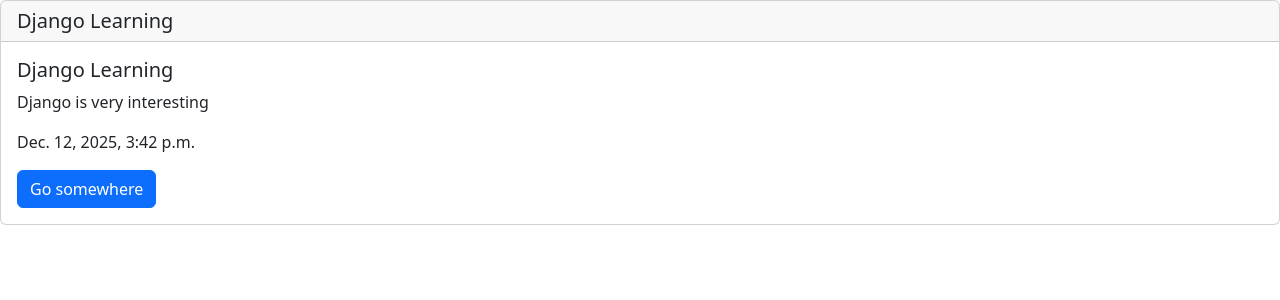
Repository: Mbote-Joseph/Django-Recap
Page: http://localhost/notes/1
These files come from the project's save history. The page is drawn as it stood at one moment and after the next save; the edit follows.
The browser window is 1280 px wide. The pictures show the whole page.
The page is served by the project's application, run on Django 5.2 (manage.py). Other server files are loaded and not shown. The page reads the database file committed with the project.

Above is the page before, as saved 2025-12-13 14:48:40.

### smartnotes/notes/templates/notes/note_detail.html
{% extends "base.html" %}

{% block content %}
         <div class="card">
                <h5 class="card-header">{{note.title}} </h5>
                <div class="card-body">
                    <h5 class="card-title">{{note.title}} </h5>
                    <p class="card-text">{{note.text}} </p>
                    <p class="card-text">{{note.created}} </p>
                    <a href="/notes/{{note.pk}}" class="btn btn-primary">Go somewhere</a>
                </div>
            </div>
{% endblock %}

### smartnotes/static/templates/base.html
{% load static %}

<!doctype html>
<html lang="en">
  <head>
    <meta charset="utf-8">
    <meta name="viewport" content="width=device-width, initial-scale=1">
    <title> Django Home </title>
    <link href="https://cdn.jsdelivr.net/npm/bootstrap@5.3.8/dist/css/bootstrap.min.css" rel="stylesheet" integrity="sha384-sRIl4kxILFvY47J16cr9ZwB07vP4J8+LH7qKQnuqkuIAvNWLzeN8tE5YBujZqJLB" crossorigin="anonymous">
  </head>
  <body>
    {% block content %}

      {% endblock %}
    <script src="https://cdn.jsdelivr.net/npm/bootstrap@5.3.8/dist/js/bootstrap.bundle.min.js" integrity="sha384-FKyoEForCGlyvwx9Hj09JcYn3nv7wiPVlz7YYwJrWVcXK/BmnVDxM+D2scQbITxI" crossorigin="anonymous"></script>
  </body>
</html>

### smartnotes/notes/models.py
from django.db import models

# Create your models here.
class Notes(models.Model):
    title = models.CharField(max_length=200)
    text = models.TextField()
    created = models.DateTimeField(auto_now_add=True)
    likes = models.PositiveSmallIntegerField(default=0)

### smartnotes/notes/views.py
from django.shortcuts import render
from django.db import models
from django.template.context_processors import request
from django.http import Http404
from django.apps import apps
from django.views.generic import ListView, DetailView

from .models import Notes
# Create your views here.

class NotesListView(ListView):
    model = Notes
    context_object_name = "notes"
    template_name = 'notes/notes_list.html'

class PopularNotesListView(ListView):
    model = Notes
    context_object_name = "notes"
    template_name = 'notes/notes_list.html'
    queryset = Notes.objects.filter(likes__gt = 3)

class NotesDetailView(DetailView):
    model = Notes
    context_object_name = "note"
    template_name = 'notes/note_detail.html'

# def list(request):
#     all_notes = Notes.objects.all()
#     return render(request, 'notes/notes_list.html', {'notes': all_notes})

# def note_details(request, pk):
#     try:
#         note_detail = Notes.objects.get(pk=pk)
#     except Notes.DoesNotExist:
#         raise Http404("Note Doesn't exist")
#     return render(request, 'notes/note_detail.html', {'note_detail': note_detail})

### smartnotes/smartnotes/urls.py
"""
URL configuration for smartnotes project.

The `urlpatterns` list routes URLs to views. For more information please see:
    https://docs.djangoproject.com/en/6.0/topics/http/urls/
Examples:
Function views
    1. Add an import:  from my_app import views
    2. Add a URL to urlpatterns:  path('', views.home, name='home')
Class-based views
    1. Add an import:  from other_app.views import Home
    2. Add a URL to urlpatterns:  path('', Home.as_view(), name='home')
Including another URLconf
    1. Import the include() function: from django.urls import include, path
    2. Add a URL to urlpatterns:  path('blog/', include('blog.urls'))
"""
from django.contrib import admin
from django.urls import path, include


urlpatterns = [
    path('admin/', admin.site.urls),
    path('', include("home.urls")),
    path('books', include("books.urls")),
    path('notes', include("notes.urls"))
]

### smartnotes/home/urls.py
# Copyright 2025 josephmbote
#
# Licensed under the Apache License, Version 2.0 (the "License");
# you may not use this file except in compliance with the License.
# You may obtain a copy of the License at
#
#     https://www.apache.org/licenses/LICENSE-2.0
#
# Unless required by applicable law or agreed to in writing, software
# distributed under the License is distributed on an "AS IS" BASIS,
# WITHOUT WARRANTIES OR CONDITIONS OF ANY KIND, either express or implied.
# See the License for the specific language governing permissions and
# limitations under the License.

from django.urls import path
from . import views

urlpatterns = [
    path('home', views.HomeView.as_view()),
    path('', views.WelcomeView.as_view())
]

### smartnotes/books/urls.py
from django.urls import path
from . import views

urlpatterns = [
    path('',views.BooksListView.as_view()),
    path('/<int:pk>',views.BookDetailsView.as_view()),
    # path('/bookform', views.BookCreateView.as_view())
]

### smartnotes/notes/urls.py
from notes.views import PopularNotesListView
# Copyright 2025 josephmbote
#
# Licensed under the Apache License, Version 2.0 (the "License");
# you may not use this file except in compliance with the License.
# You may obtain a copy of the License at
#
#     https://www.apache.org/licenses/LICENSE-2.0
#
# Unless required by applicable law or agreed to in writing, software
# distributed under the License is distributed on an "AS IS" BASIS,
# WITHOUT WARRANTIES OR CONDITIONS OF ANY KIND, either express or implied.
# See the License for the specific language governing permissions and
# limitations under the License.

from django.urls import path
from . import views

urlpatterns = [
    path('', views.NotesListView.as_view()),
    path('/<int:pk>', views.NotesDetailView.as_view()),
    path('/popular', views.PopularNotesListView.as_view())
]

### smartnotes/db.sqlite3 (the tables this page reads, as SQL)
CREATE TABLE "notes_notes" ("id" integer NOT NULL PRIMARY KEY AUTOINCREMENT, "title" varchar(200) NOT NULL, "text" text NOT NULL, "created" datetime NOT NULL, "likes" smallint unsigned NOT NULL CHECK ("likes" >= 0), "user_id" integer NOT NULL REFERENCES "auth_user" ("id") DEFERRABLE INITIALLY DEFERRED, "is_public" bool NOT NULL);
INSERT INTO "notes_notes" VALUES
(1, 'Django Learning', 'Django is very interesting', '2025-12-12 15:42:57.632563', 0, 1, 0),
(2, 'Backend Learning', 'This course will help me to develop Systems Backends', '2025-12-12 15:49:53.115529', 8, 1, 0),
(3, 'Class Based Views', 'The Class Based Views  with Many Likes', '2025-12-12 20:44:22.586927', 6, 1, 0),
(5, 'G Notes', 'your personal Notes', '2025-12-13 20:24:58.680277', 6, 1, 0),
(6, 'World Best Software Engineers', 'The world News Days Test', '2025-12-13 21:41:37.641205', 10, 1, 0),
(7, 'Test', 'test', '2025-12-13 23:05:00.121196', 7, 2, 0);

After the next save:
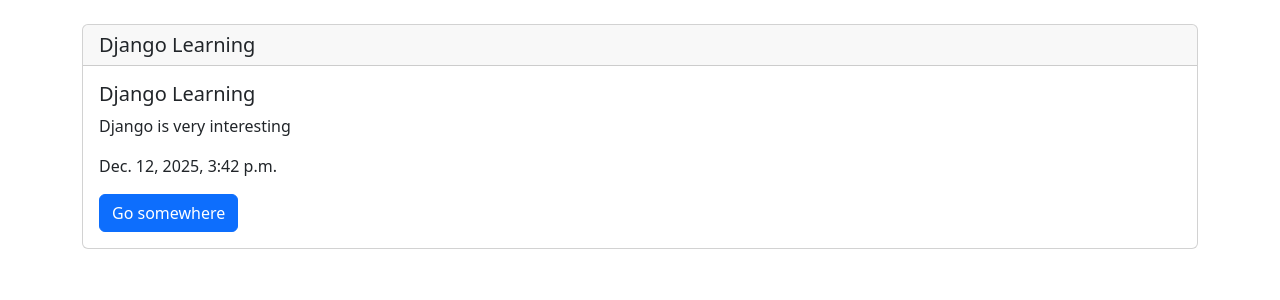
Saved 26 s later.
--- a/smartnotes/notes/templates/notes/note_detail.html
+++ b/smartnotes/notes/templates/notes/note_detail.html
@@ -1,6 +1,7 @@
 {% extends "base.html" %}
 
 {% block content %}
+    <div class="container mt-4">
          <div class="card">
                 <h5 class="card-header">{{note.title}} </h5>
                 <div class="card-body">
@@ -10,4 +11,5 @@
                     <a href="/notes/{{note.pk}}" class="btn btn-primary">Go somewhere</a>
                 </div>
             </div>
+    </div>
 {% endblock %}
